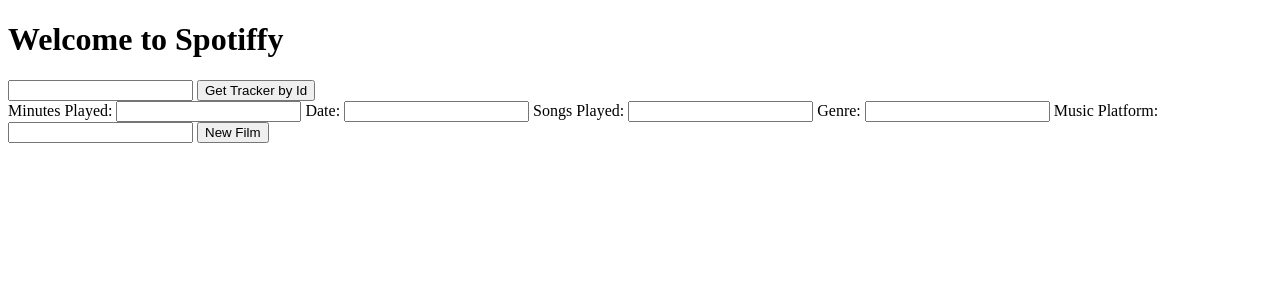
Repository: wcylou/EventTrackerProject
Page: SpotifyREST/src/main/webapp/index.html
The author's editor kept a copy of each file at every save. The page is drawn from the files as they stood at one save, then again after the next save.
The browser window is 1280 px wide. The pictures show the whole page.

Above is the page before, as saved 2018-07-18 22:39:46.
Console error: TypeError: Cannot read properties of undefined (reading 'lookup')

### SpotifyREST/src/main/webapp/index.html
<!DOCTYPE html>
<html lang="en" dir="ltr">
  <head>
    <meta charset="utf-8">
    <title></title>
  </head>
  <body>
  <h1>Welcome to Spotiffy</h1>

  <form name="inputForm">
    <input type="number" name="trackerId">
    <button name="lookup">Get Tracker by Id</button>
  </form>

  <form name="createTrackerForm" id="createTrackerForm">
    Minutes Played: <input type="number" name="minutesPlayed">
    Date: <input type="text" name="description">
    Songs Played: <input type="text" name="releaseYear">
    Genre: <input type="text" name="rating">
    Music Platform: <input type="text" name="length">
    <button name="create">New Film</button>
  </form>

  <div id="output">
    <div id="filmData"></div>
    <div id="actorData"></div>
  </div>


    <script src="script.js" charset="utf-8"></script>
  </body>
</html>

### SpotifyREST/src/main/webapp/js/script.js
window.addEventListener('load', function(e) {
  console.log('document loaded');
  init();
});

function init() {
  document.filmForm.lookup.addEventListener('click', function(event) {
    event.preventDefault();
    var filmId = document.filmForm.filmId.value;
    if (!isNaN(filmId) && filmId > 0) {
      getFilm(filmId);
    }
  })
  document.createFilmForm.create.addEventListener('click', function(event) {
	  event.preventDefault();
	  createFilm();
  })
}

function getFilm(filmId) {
  // TODO:
  // * Use XMLHttpRequest to perform a GET request to "api/films/"
  //   with the filmId appended.
  // * On success, if a response was received parse the film data
  //   and pass the film object to displayFilm().
  // * On failure, or if no response text was received, put "Film not found"
  //   in the filmData div.
	var xhr = new XMLHttpRequest();

	var filmData = document.getElementById("filmData");
	var link = "api/films/" + filmId;
	xhr.open('GET', link, true);

	xhr.onreadystatechange = function() {
		if (xhr.readyState === 4 && xhr.status < 400) {
			var film = JSON.parse(xhr.responseText);
			displayFilm(film);
			getActors(filmId);
		}

		if (xhr.readyState === 4 && xhr.status >= 400) {
			console.log("test");
			filmData.textContent = "Film not found";
		}
	};
	xhr.send(null);

}
function getActors(filmId) {
	// TODO:
	// * Use XMLHttpRequest to perform a GET request to "api/films/"
	//   with the filmId appended.
	// * On success, if a response was received parse the film data
	//   and pass the film object to displayFilm().
	// * On failure, or if no response text was received, put "Film not found"
	//   in the filmData div.
	var xhr = new XMLHttpRequest();

	var actorData = document.getElementById("actorData");
	var link = "api/films/" + filmId + "/actors";
	xhr.open('GET', link, true);

	xhr.onreadystatechange = function() {
		if (xhr.readyState === 4 && xhr.status < 400) {
			var actors = JSON.parse(xhr.responseText);
			displayActors(actors);

		}

		if (xhr.readyState === 4 && xhr.status >= 400) {
			actorData.textContent = "Actors not found";
		}
	};
	xhr.send(null);

}

function displayFilm(film) {
  var dataDiv = document.getElementById('filmData');
  dataDiv.textContent = '';
  // TODO:
  // * Create and append elements to the data div to display:
  // * Film title (h1) and description (blockquote).
  // * Rating, release year, and length as an unordered list.

  var header = document.createElement('h1');
  header.textContent = film.title;
  var body = document.createElement('blockquote');
  body.textContent = film.description;
  var ul = document.createElement('ul');
  var li = document.createElement('li');
  var li2 = document.createElement('li');
  var li3 = document.createElement('li');
  li.textContent = film.rating;
  li2.textContent = film.releaseYear;
  li3.textContent = film.length;
  ul.appendChild(li);
  ul.appendChild(li2);
  ul.appendChild(li3);
  dataDiv.appendChild(header);
  dataDiv.appendChild(body);
  dataDiv.appendChild(ul);
}

function displayActors(actors) {
	var actorDiv = document.getElementById('actorData');
	  actorDiv.textContent = '';
	  var ul = document.createElement('ul');

	  actors.forEach(function(e) {
		  var li = document.createElement('li');
		  li.textContent = e.firstName + " " + e.lastName;
		  ul.appendChild(li);
	  });
	  actorDiv.appendChild(ul);
}

function createFilm() {
	var form = document.getElementById('createFilmForm');
	var film = {};
	film.title = form.filmTitle.value;
	film.description = form.description.value;
	film.releaseYear = Number(form.releaseYear.value);
	film.rating = form.rating.value;
	film.length = Number(form.length.value);
	console.log(film);
	var xhr = new XMLHttpRequest();
	xhr.open("POST", "api/films", true);
	xhr.setRequestHeader("Content-Type", "application/json");
	xhr.onreadystatechange = function() {
		if (xhr.readyState === 4 && xhr.status < 400) {
			var film = JSON.parse(xhr.responseText);
			displayFilm(film);

		}

		if (xhr.readyState === 4 && xhr.status >= 400) {
			actorData.textContent = "Film not created";
		}
	};
	xhr.send(JSON.stringify(film));
}

After the next save:
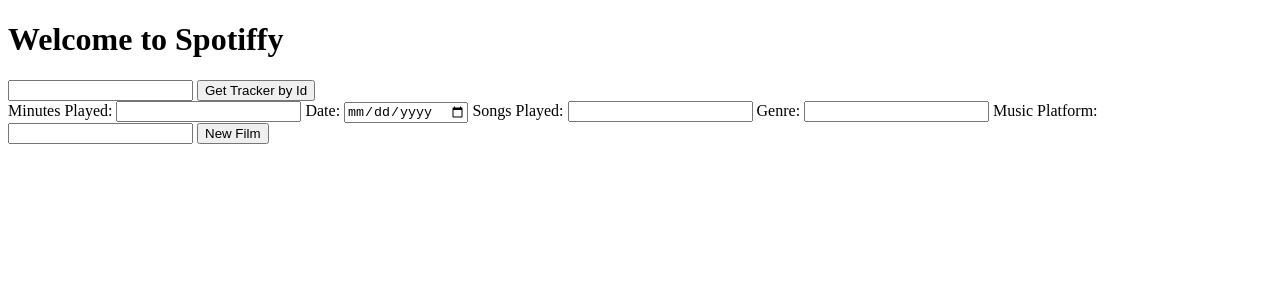
Saved 5 s later.
--- a/SpotifyREST/src/main/webapp/index.html
+++ b/SpotifyREST/src/main/webapp/index.html
@@ -14,8 +14,8 @@
 
   <form name="createTrackerForm" id="createTrackerForm">
     Minutes Played: <input type="number" name="minutesPlayed">
-    Date: <input type="text" name="description">
-    Songs Played: <input type="text" name="releaseYear">
+    Date: <input type="date" name="description">
+    Songs Played: <input type="number" name="releaseYear">
     Genre: <input type="text" name="rating">
     Music Platform: <input type="text" name="length">
     <button name="create">New Film</button>
